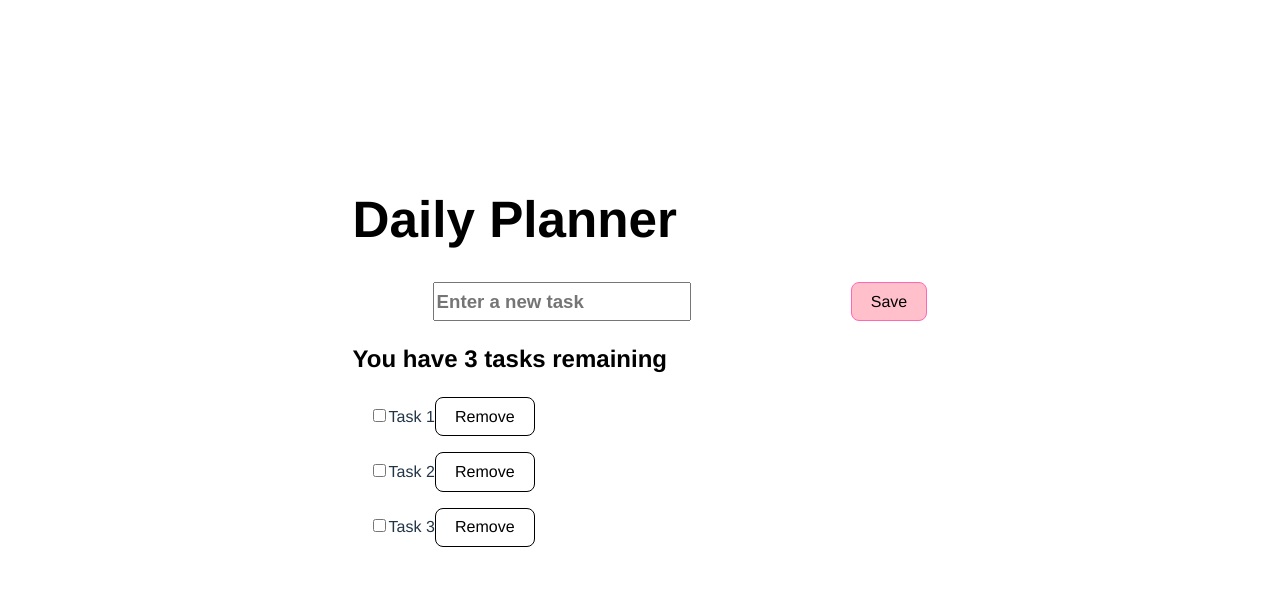
Repository: MonicaNguyenH/Frontend_Assignment6
Page: / (app in react/)
These files come from the project's save history. The page is drawn as it stood at one moment and after the next save; the edit follows.
The browser window is 1280 px wide. The pictures show the whole page.
The project was rebuilt for these pictures with package versions that can differ from the ones it lists, and the page was loaded fresh each time. Also part of the build but not shown: react/vite.config.js.

Above is the page before, as saved 2024-10-11 14:15:29.

After the next save:
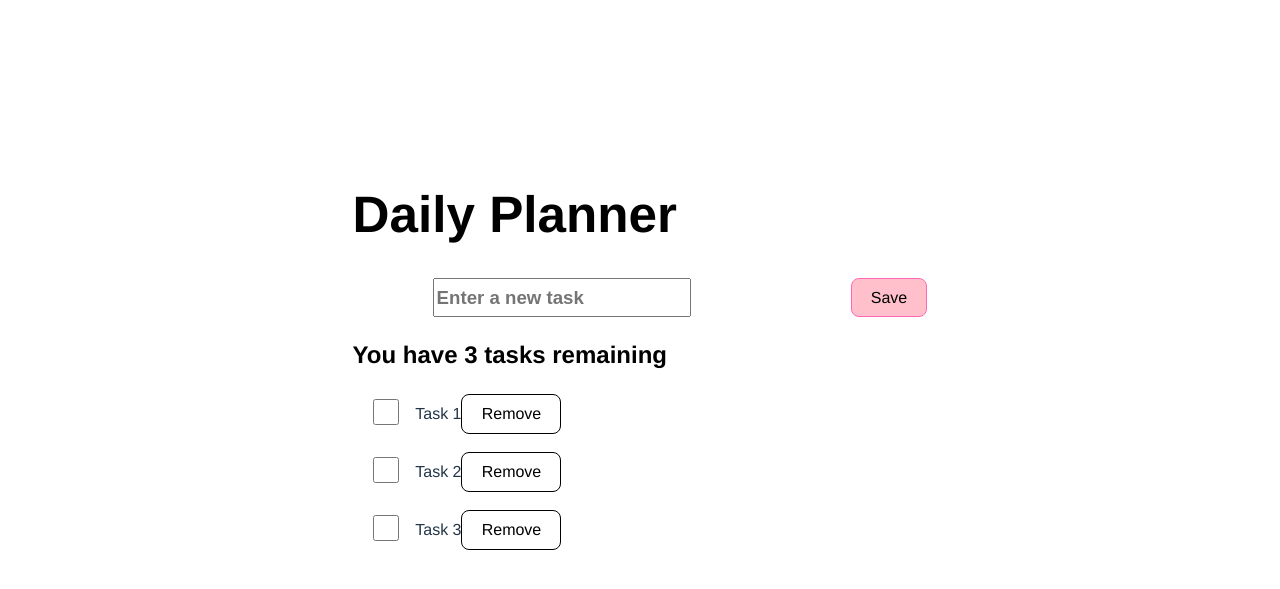
Saved 1 s later.
--- a/react/src/components/Task.jsx
+++ b/react/src/components/Task.jsx
@@ -6,12 +6,13 @@ export default function Task({ task, toggleComplete, removeTask }) {
       <div className={`task ${task.completed ? 'completed' : ''}`}>
         <label>
           <input
+            id="checkbox"
             type="checkbox"
             checked={task.completed}
             onChange={toggleComplete}
           />
         </label>
-        <span className="checkbox" style={{ textDecoration: task.completed ? 'line-through' : 'none' }}>{task.name}</span>
+        <span style={{ textDecoration: task.completed ? 'line-through' : 'none' }}>{task.name}</span>
         <button className="task-delete" onClick={removeTask}>Remove</button>
       </div>
     </>
